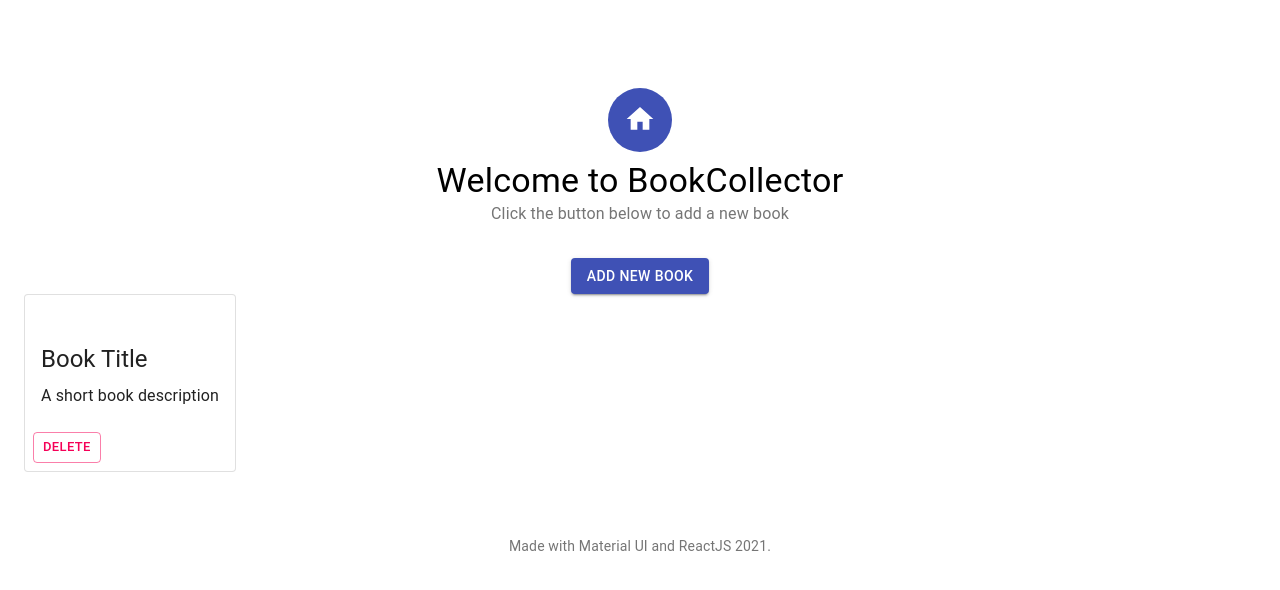
Repository: Colo-Codes/mini-project-react-book-collector
Page: /
The author's editor kept a copy of each file at every save. The page is drawn from the files as they stood at one save, then again after the next save.
The browser window is 1280 px wide. The pictures show the whole page.
The project was rebuilt for these pictures with package versions that can differ from the ones it lists, and the page was loaded fresh each time. Also part of the build but not shown: src/Books/AddBookForm.js.

Above is the page before, as saved 2021-08-25 08:46:24.

After the next save:
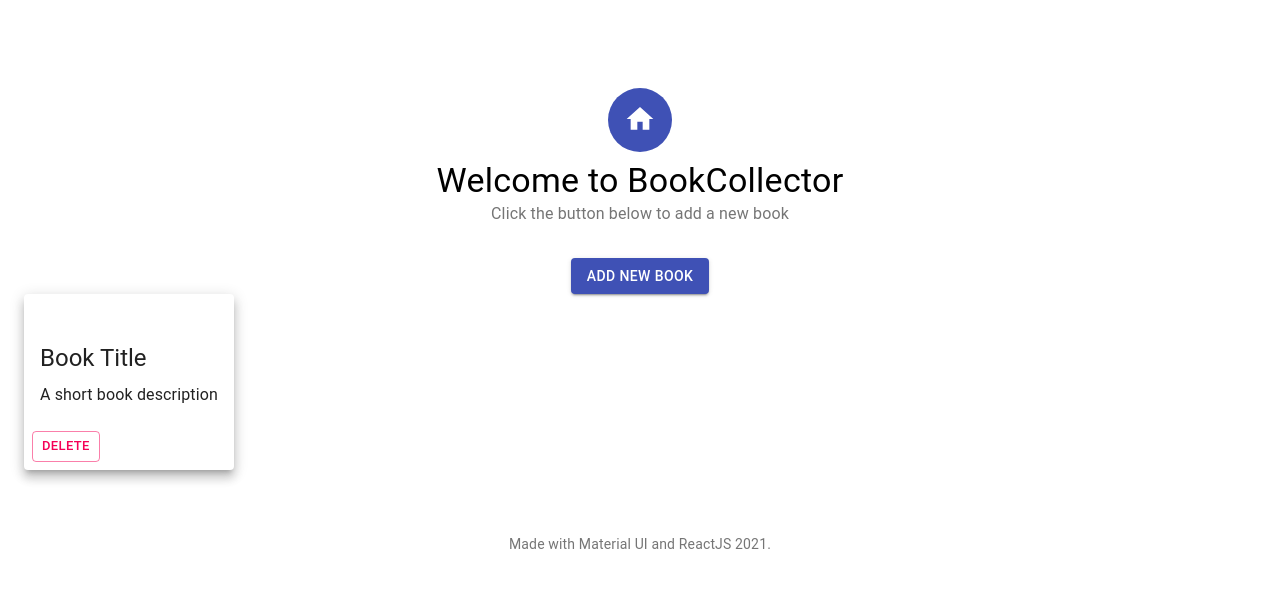
Saved 59 s later.
--- a/src/App.js
+++ b/src/App.js
@@ -45,7 +45,7 @@ function App() {
           <Grid container>
 
             <Grid item>
-              <Card variant="outlined">
+              <Card raised>
                 <CardHeader>
 
                 </CardHeader>
